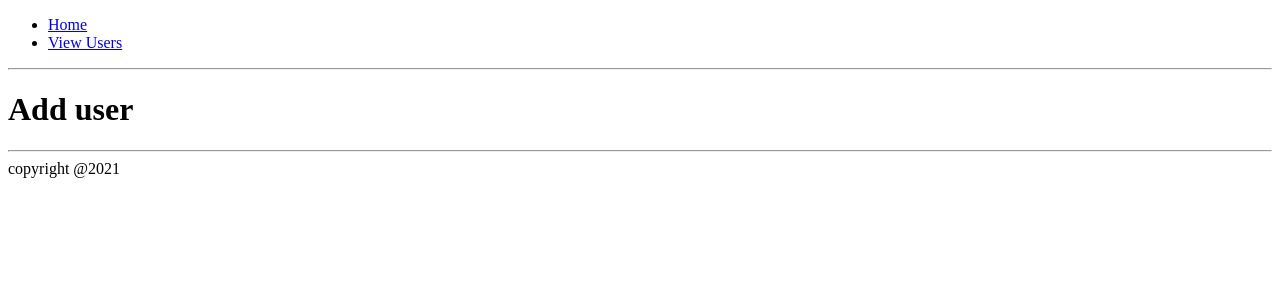
Repository: adit22747/java
Page: http://localhost/casestudy/user/add-user.jsp
These files come from the project's save history. The page is drawn as it stood at one moment and after the next save; the edit follows.
The browser window is 1280 px wide. The pictures show the whole page.
The page is served by Tomcat 9.

Above is the page before, as saved 2021-02-03 07:19:33.

After the next save:
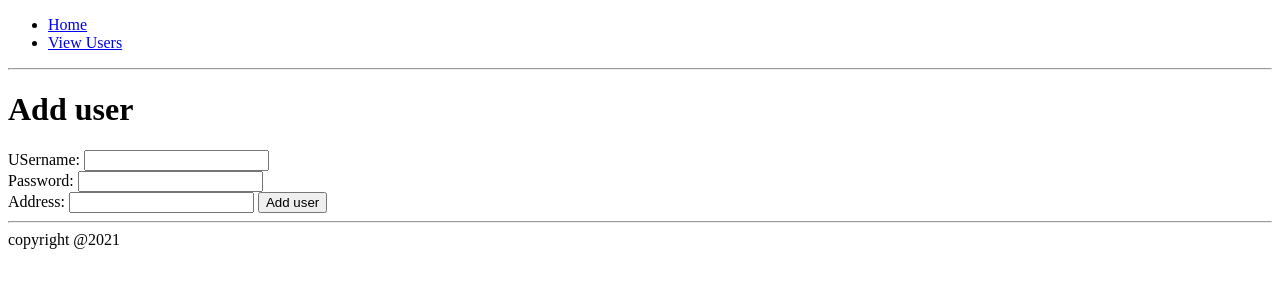
Saved 89 s later.
--- a/advance_java/programs/casestudy/src/main/webapp/user/add-user.jsp
+++ b/advance_java/programs/casestudy/src/main/webapp/user/add-user.jsp
@@ -2,7 +2,12 @@
 
 <h1>Add user</h1>
 <form action="<%=request.getContextPath() %>/UserController/add" method="post">
-
+	USername: <input type="text" name="username">
+	<br>
+	Password: <input type="password" name="password">
+	<br>
+	Address: <input type="text" name="address">
+	<input type="submit" value="Add user">
 </form>
 
 
